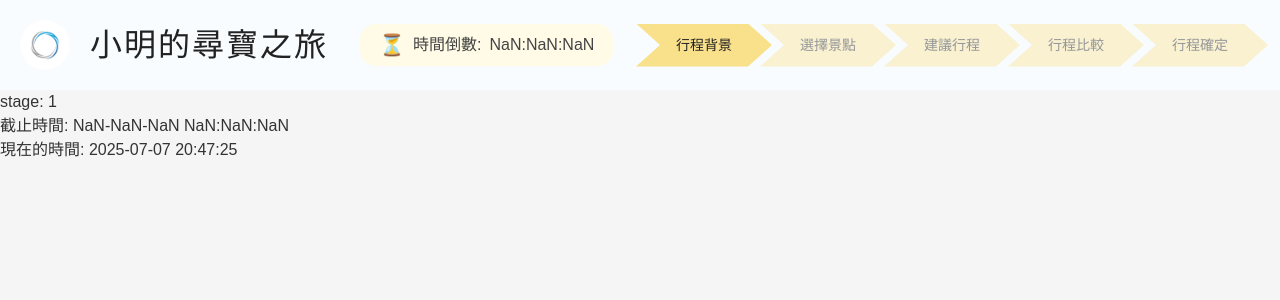
Repository: chingchen0518/MIS_graduate_project2
Page: /header
These files come from the project's save history. The page is drawn as it stood at one moment and after the next save; the edit follows.
The browser window is 1280 px wide. The pictures show the whole page.
The page's requests for data from a server got no answer. The project was rebuilt for these pictures with package versions that can differ from the ones it lists, and the page was loaded fresh each time. No one was signed in, and anything a server would have sent is missing. Also part of the build but not shown: vite.config.js, src/hooks/useGoogleMap.jsx, src/view2/Liu/map/InteractiveMap.jsx, src/view2/chingchen/attraction_card.css, src/view2/chingchen/attraction_card.jsx, src/view2/chingchen/attraction_detail.css, src/view2/chingchen/attraction_detail.jsx, src/view2/chingchen/attraction_container.css and 8 more.

Above is the page before, as saved 2025-07-16 19:44:24.

After the next save:
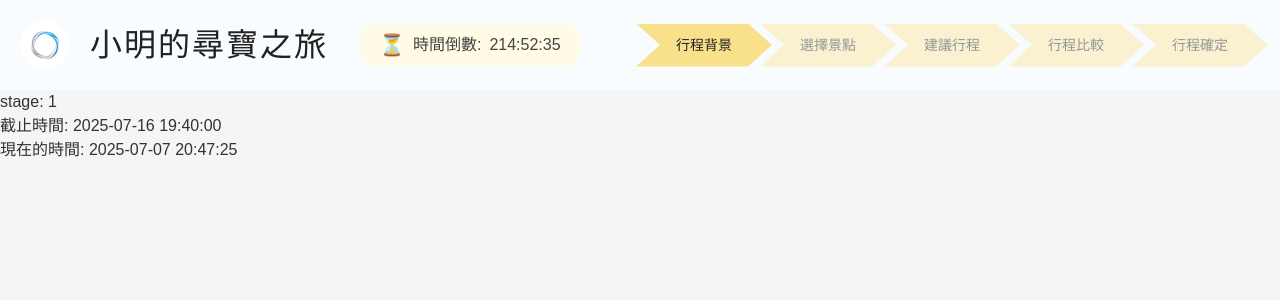
Saved 6 s later.
--- a/src/components/header.jsx
+++ b/src/components/header.jsx
@@ -3,7 +3,7 @@ import './header.css';
 
 export default function Header() {
   const [stage, setStage] = useState(1);
-  const [deadline, setDeadline] = useState(new Date('2025-07-T19:40:00'));
+  const [deadline, setDeadline] = useState(new Date('2025-07-16T19:40:00'));
   const [now, setNow] = useState(new Date());
 
   useEffect(() => {
@@ -17,7 +17,6 @@ export default function Header() {
         setStage(nextStage);
 
         const newDeadline = new Date(deadline.getTime() + 5000);
-        console.log(`Stage ${stage} completed, moving to stage ${nextStage}. New deadline: ${newDeadline}`);
         setDeadline(newDeadline);
       }
     }, 1000);
